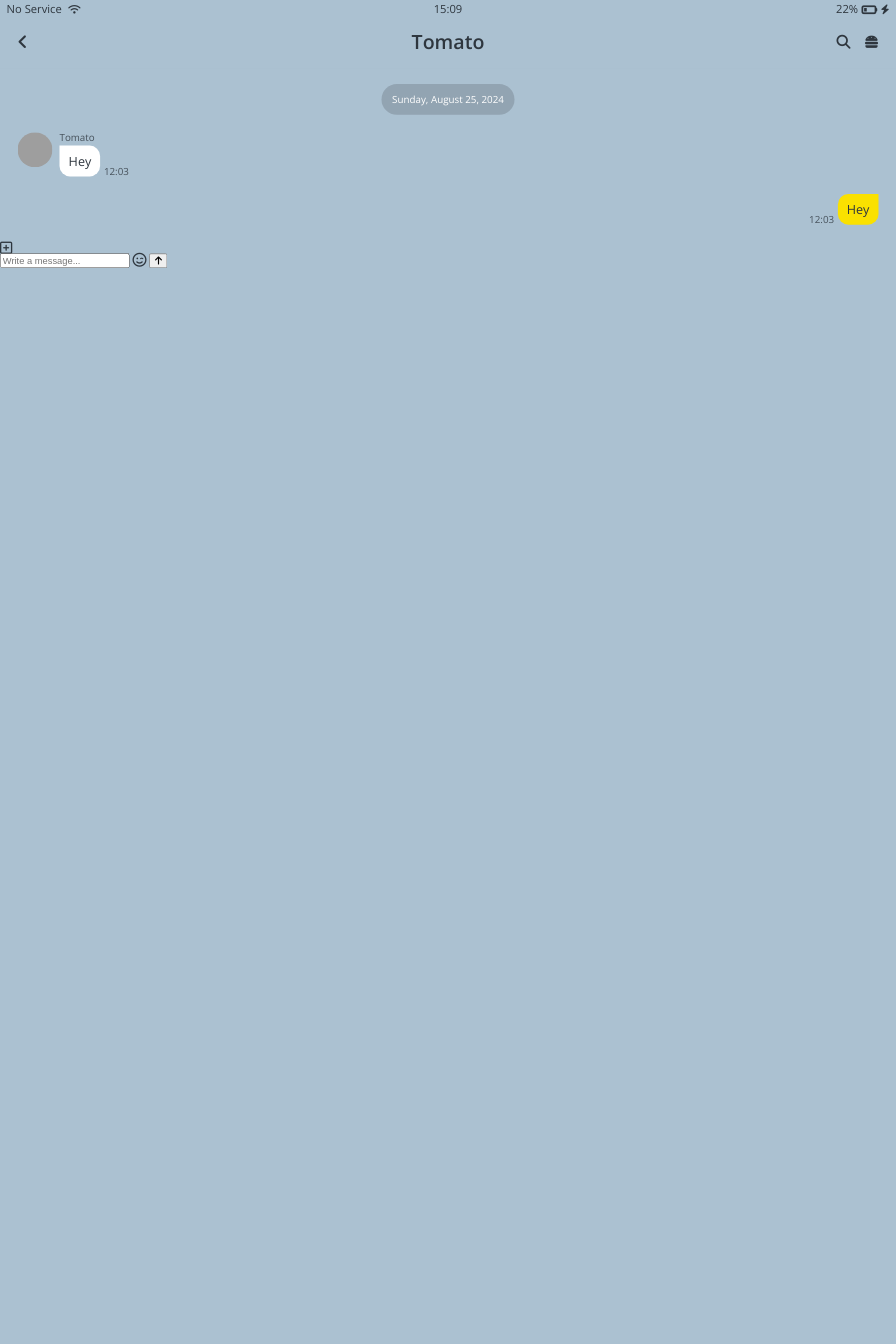
Repository: mjey14/kokoa-clone-2024-08
Page: chat.html
An editor plug-in stored every save of this project. The page is shown before and after the next save, followed by the edit.
The browser window is 1280 px wide. The pictures show the part of the page from y = 0 to 1920 px (the page is 79320 px tall), at 70% of full size.
Pictures or frames that could not be fetched are drawn as grey boxes. Some web libraries are served in a nearby version.

Above is the page before, as saved 2024-08-25 20:58:39.

### chat.html
<!DOCTYPE html>
<html lang="en">
  <head>
    <link rel="stylesheet" href="css/styles.css" />
    <meta charset="UTF-8" />
    <meta name="viewport" content="width=device-width, initial-scale=1.0" />
    <title>Chat w/ Tomato - KokoaClone</title>
  </head>
  <body id="chat-screen">
    <div class="status-bar" id="chat-screen__status-bar">
      <div class="status-bar__column">
        <span>No Service</span>
        <i class="fa-solid fa-wifi fa-sm"></i>
      </div>
      <div class="status-bar__column">
        <span>15:09</span>
      </div>
      <div class="status-bar__column">
        <span>22%</span>
        <i class="fa-solid fa-battery-quarter fa-lg"></i>
        <i class="fa-solid fa-bolt fa-sm"></i>
      </div>
    </div>

    <header class="alt-header">
      <div class="alt-header__column">
        <a href="chats.html"><i class="fa-solid fa-angle-left fa-xl"></i></a>
      </div>
      <div class="alt-header__column">
        <h1 class="alt-header__title">Tomato</h1>
      </div>
      <div class="alt-header__column">
        <span><i class="fa-solid fa-magnifying-glass fa-lg"></i></span>
        <span><i class="fa-solid fa-burger fa-lg"></i></span>
      </div>
    </header>

    <main class="main-screen main-chat">
      <div class="chat__timestamp">Sunday, August 25, 2024</div>
      <div class="message-row">
        <img
          src="https://www.heddensofwoodtown.co.uk/wp-content/uploads/2020/05/tomatoes_opt.jpg"
        />
        <div class="message-row__content">
          <span class="message__author">Tomato</span>
          <div class="message__info">
            <span class="message__bubble">Hey</span>
            <span class="message__time">12:03</span>
          </div>
        </div>
      </div>
      <div class="message-row message-row--own">
        <div class="message-row__content">
          <div class="message__info">
            <span class="message__bubble">Hey</span>
            <span class="message__time">12:03</span>
          </div>
        </div>
      </div>
    </main>

    <form class="reply">
      <div class="reply__column">
        <i class="far fa-plus-square fa-lg"></i>
      </div>
      <div class="reply__column">
        <input type="text" placeholder="Write a message..." />
        <i class="far fa-smile-wink fa-lg"></i>
        <button>
          <i class="fas fa-arrow-up"></i>
        </button>
      </div>
    </form>

    <script
      src="https://kit.fontawesome.com/2eddee84de.js"
      crossorigin="anonymous"
    ></script>
  </body>
</html>

### css/styles.css
@import url("https://fonts.googleapis.com/css2?family=Open+Sans:ital,wght@0,300..800;1,300..800&display=swap");
@import "reset.css";
@import "variables.css";

/* Components */
@import "components/status-bar.css";
@import "components/nav-bar.css";
@import "components/screen-header.css";
@import "components/user-component.css";
@import "components/badge.css";
@import "components/icon-row.css";
@import "components/alt-screen-header.css";

/* Screens */
@import "screens/login.css";
@import "screens/friends.css";
@import "screens/find.css";
@import "screens/more.css";
@import "screens/settings.css";
@import "screens/chat.css";

body {
  font-family: "Open Sans", sans-serif;
  color: #2e363e;
}

.main-screen {
  padding: 0px var(--horizontal-space);
}

### css/components/status-bar.css
.status-bar {
  display: flex;
  justify-content: center;
  padding: 5px 3px;
  position: fixed;
  top: 0px;
  width: 100%;
  box-sizing: content-box;
}

.status-bar__column {
  width: 33%;
}

.status-bar__column:first-child span {
  margin-right: 5px;
}

.status-bar__column:nth-child(2) {
  display: flex;
  justify-content: center;
}

.status-bar__column:last-child {
  display: flex;
  justify-content: flex-end;
  align-items: center;
}

.status-bar__column .fa-battery-quarter {
  margin: 0px 5px;
}

### css/components/nav-bar.css
.nav {
  position: fixed;
  bottom: 0px;
  width: 100%;
  background-color: #f9f9fa;
  padding: 20px 50px;
  box-sizing: border-box;
  border-top: var(--main-border);
}

.nav__list {
  display: flex;
  justify-content: space-between;
}

.nav__link {
  color: #2e363e;
  position: relative;
}

.nav__notification {
  position: absolute;
  left: 20px;
  bottom: 15px;
}

.nav__newbadge {
  background-color: tomato;
  width: 5px;
  height: 5px;
  border-radius: 50%;
  display: flex;
  justify-content: center;
  align-items: center;
  position: absolute;
  left: 30px;
  bottom: 30px;
}

### css/components/screen-header.css
.screen-header {
  display: flex;
  justify-content: space-between;
  align-items: center;
  padding: var(--horizontal-space);
  margin-top: 20px;
  margin-bottom: 15px;
}

.screen-header__title {
  font-size: 32px;
  font-weight: 600;
}

.screen-header__icons span {
  margin-left: 25px;
}

.screen-header__icons {
  position: relative;
}

.screen-header__newbadge {
  background-color: tomato;
  width: 5px;
  height: 5px;
  border-radius: 50%;
  display: flex;
  justify-content: center;
  align-items: center;
  position: absolute;
  right: -5px;
  top: -5px;
}

### css/components/user-component.css
.user-component {
  justify-content: space-between;
  margin-bottom: 25px;
}

.user-component,
.user-component__column:first-child {
  display: flex;
  align-items: center;
}

.user-component__avatar {
  width: 70px;
  height: 70px;
  border: 1px solid rgba(0, 0, 0, 0.1);
  border-radius: 27px;
  margin-right: 20px;
}

.user-component__title {
  font-weight: 600;
  font-size: 22px;
}

.user-component__subtitle {
  margin-top: 8px;
  font-size: 17px;
  color: var(--gray);
}

.user-component__subtitle i {
  color: var(--gray);
  margin-left: 2px;
}

.user-component__avatar--xl {
  width: 80px;
  height: 80px;
}

.user-component__avatar--sm {
  width: 60px;
  height: 60px;
  border-radius: 25px;
}

.user-component__title--not-bold {
  font-weight: 400;
}

.user-component__column:last-child {
  color: var(--gray);
  display: flex;
  flex-direction: column;
  align-items: end;
}

.user-component__time {
  margin-bottom: 5px;
  display: block;
}

### css/components/badge.css
.badge {
  background-color: tomato;
  color: white;
  font-weight: 600;
  width: 25px;
  height: 25px;
  border-radius: 50%;
  display: flex;
  justify-content: center;
  align-items: center;
}

### css/components/alt-screen-header.css
.alt-header {
  padding: var(--horizontal-space);
  margin-top: 20px;
  margin-bottom: 15px;
  display: flex;
  align-items: center;
  justify-content: center;
}

.alt-header__column {
  width: 33%;
}

.alt-header__title {
  font-size: 28px;
  font-weight: 600;
}

.alt-header__column:first-child {
  margin-right: auto;
}

.alt-header__column:nth-child(2) {
  text-align: center;
}

.alt-header__column:last-child {
  margin-left: auto;
  display: flex;
  justify-content: flex-end;
}

.alt-header__column span:last-child {
  margin-left: 20px;
}

### css/screens/login.css
.welcome-header {
  margin: 90px 0px;
  text-align: center;
  display: flex;
  flex-direction: column;
  align-items: center;
}

.welcome-header__title {
  margin-bottom: 20px;
  font-size: 25px;
}

.welcome-header__text {
  width: 60%;
  opacity: 0.7;
}

#login-form {
  display: flex;
  flex-direction: column;
  margin: 0px 30px;
}

#login-form input {
  border: none;
  padding: 15px 0px;
  font-size: 18px;
  margin-bottom: 25px;
}

#login-form input:not([type="submit"]) {
  border-bottom: 1px solid rgba(0, 0, 0, 0.2);
  transition: border-color 0.3s ease-in-out;
}

#login-form input::placeholder {
  color: rgba(0, 0, 0, 0.4);
}

#login-form input:focus {
  border-color: var(--yellow);
}

#login-form input[type="submit"] {
  background-color: var(--yellow);
  cursor: pointer;
  padding: 15px 0px;
  border-radius: 5px;
}

#login-form a {
  text-align: center;
  text-decoration: none;
  color: inherit;
  font-size: 13px;
}

### css/screens/friends.css
#friends-display-link {
  text-align: center;
  display: block;
  background-color: #fafafa;
  padding: 15px 0px;
  font-size: 18px;
  margin-bottom: 25px;
  margin-top: -10px;
}

#friends-display-link i {
  color: rgba(0, 0, 0, 0.3);
}

.friends-screen {
  padding: 0px var(--horizontal-space);
}

.friends-screen__channel {
  border-top: var(--main-border);
  padding-top: 25px;
}

.friends-screen__channel-header {
  margin-bottom: 25px;
  display: flex;
  justify-content: space-between;
  color: var(--gray);
  font-size: 14px;
}

### css/screens/find.css
.recommended-friends {
  margin: 25px 0px;
  padding: 25px 0px;
  border-top: var(--main-border);
  border-bottom: var(--main-border);
}

.recommended-friends__title {
  font-size: 14px;
  color: var(--gray);
}

.recommended-friends span {
  display: block;
  margin: 100px 0px;
  text-align: center;
  font-size: 16px;
  color: var(--gray);
}

.open-chat__header {
  display: flex;
  justify-content: space-between;
  font-size: 14px;
  color: var(--gray);
  margin-bottom: 25px;
}

.open-chat__header span {
  opacity: 0.8;
}

.open-post {
  display: flex;
  justify-content: space-between;
  align-items: center;
}

.open-post__title {
  font-weight: 600;
  margin-bottom: 10px;
}

.open-post__hashtags {
  text-transform: uppercase;
  color: var(--gray);
}

.open-post__members {
  margin-top: 7px;
  display: flex;
  align-items: center;
}

.open-post__members img {
  width: 15px;
  height: 15px;
  border-radius: 50%;
  margin-right: 5px;
}

.open-post__members-count {
  color: var(--gray);
  font-size: 14px;
}

.open-post__members .divider {
  width: 1px;
  height: 12px;
  margin: 0px 5px;
  background-color: var(--gray);
}

.open-post__members-status {
  color: #ffb0e0;
}

.open-post__photo {
  position: relative;
}

.open-post__photo img {
  width: 120px;
  height: 120px;
  border-radius: 10px;
}

.open-post__heart-count {
  background-color: rgba(0, 0, 0, 0.5);
  color: white;
  padding: 5px;
  border-radius: 20px;
  display: flex;
  align-items: center;
  position: absolute;
  bottom: 10px;
  right: 10px;
  font-size: 14px;
}

.open-post__heart-count span {
  margin-left: 5px;
  margin-right: 2px;
}

### css/screens/more.css
.more-screen .icon-row {
  margin-bottom: 40px;
}

.more-suggestions {
  margin-top: 50px;
  border-top: var(--main-border);
  padding-top: 40px;
}

.more-suggestions__title {
  margin-bottom: 30px;
}

.more-suggestions__icons {
  display: flex;
}

.more-suggestions__icon {
  margin-right: 30px;
  display: flex;
  flex-direction: column;
  align-items: center;
}

.more-suggestions__icon-image {
  width: 60px;
  height: 60px;
  background-color: var(--yellow);
  border-radius: 10px;
  display: flex;
  justify-content: center;
  align-items: center;
  margin-bottom: 10px;
}

.more-suggestions__icon-image i {
  font-size: 32px;
  color: white;
}

### css/screens/settings.css
.settings__setting {
  padding: 20px 0px;
  border-bottom: 1px solid rgba(0, 0, 0, 0.1);
  font-size: 18px;
  display: flex;
  align-items: center;
  justify-content: space-between;
}

.settings__setting i {
  opacity: 0.8;
  margin-right: 20px;
  font-size: 20px;
}

.settings__setting-column:last-child {
  opacity: 0.7;
}

### css/screens/chat.css
#chat-screen {
  background-color: #abc1d1;
  height: 11000vh;
}

#chat-screen .alt-header,
#chat-screen .status-bar {
  top: 0;
  position: fixed;
  width: 100%;
  background-color: #abc1d1;
  box-sizing: border-box;
}

#chat-screen .status-bar {
  z-index: 2;
}

#chat-screen__status-bar {
  background-color: #abc1d1;
}

#chat-screen .alt-header {
  position: fixed;
  width: 100%;
  top: 0;
  box-sizing: border-box;
  background-color: #abc1d1;
  z-index: 1;
}

.main-chat {
  margin-top: 150px;
}

.main-chat {
  margin-top: 120px;
  display: flex;
  flex-direction: column;
  align-items: center;
}

.chat__timestamp {
  color: white;
  background-color: #92a4b2;
  padding: 15px;
  font-size: 14px;
  border-radius: 25px;
  margin-bottom: 25px;
}

.message-row {
  width: 100%;
  display: flex;
  margin-bottom: 25px;
}

.message-row img {
  width: 50px;
  height: 50px;
  border-radius: 50%;
  margin-right: 10px;
}

.message__author {
  margin-bottom: 5px;
  display: block;
}

.message__info {
  display: flex;
  align-items: flex-end;
}

.message__bubble {
  background-color: white;
  padding: 13px;
  font-size: 18px;
  border-radius: 15px;
  border-top-left-radius: 0px;
  margin-right: 5px;
}

.message__time,
.message__author {
  opacity: 0.8;
  font-size: 14px;
}
.message-row--own {
  justify-content: flex-end;
}

.message-row--own .message__bubble {
  background-color: var(--yellow);
  border-top-right-radius: 0px;
  border-top-left-radius: 15px;
  margin-right: 0px;
  margin-left: 5px;
}

.message-row--own .message__info {
  flex-direction: row-reverse;
}

Loaded but not shown: css/reset.css (common file); css/variables.css (common file); css/components/icon-row.css (common file)

After the next save:
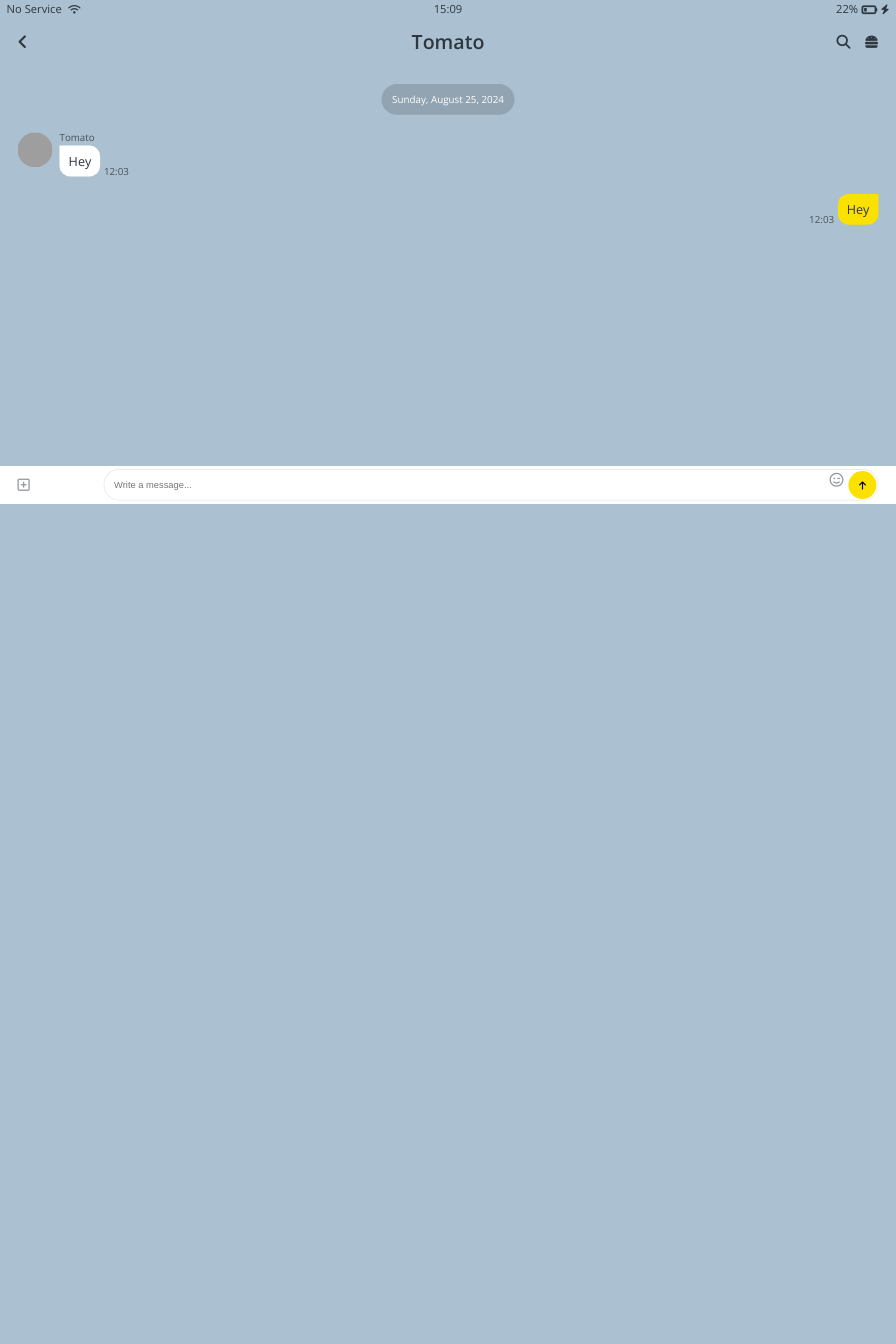
Saved 14 s later.
--- a/css/screens/chat.css
+++ b/css/screens/chat.css
@@ -101,3 +101,63 @@
 .message-row--own .message__info {
   flex-direction: row-reverse;
 }
+
+.reply {
+  position: fixed;
+  bottom: 0;
+  width: 100%;
+  background-color: white;
+  display: flex;
+  justify-content: space-between;
+  padding: 5px 25px;
+  box-sizing: border-box;
+  align-items: center;
+}
+
+.reply .reply__column:first-child {
+  width: 10%;
+}
+.reply .reply__column:last-child {
+  width: 90%;
+  position: relative;
+}
+
+.reply i {
+  opacity: 0.5;
+}
+
+.reply input {
+  padding: 14px;
+  width: 100%;
+  border: var(--main-border);
+  border-radius: 25px;
+  box-sizing: border-box;
+}
+
+.reply__column:last-child > i,
+.reply__column:last-child button {
+  position: absolute;
+  right: 3px;
+  top: 3px;
+}
+
+.reply__column:last-child > i {
+  right: 50px;
+  top: 15px;
+}
+
+.reply__column button {
+  background-color: var(--yellow);
+  border: none;
+  width: 40px;
+  height: 40px;
+  border-radius: 50%;
+}
+
+.reply__column button i {
+  opacity: 1;
+}
+.reply__column button:focus,
+.reply__column button:active {
+  outline: none;
+}
